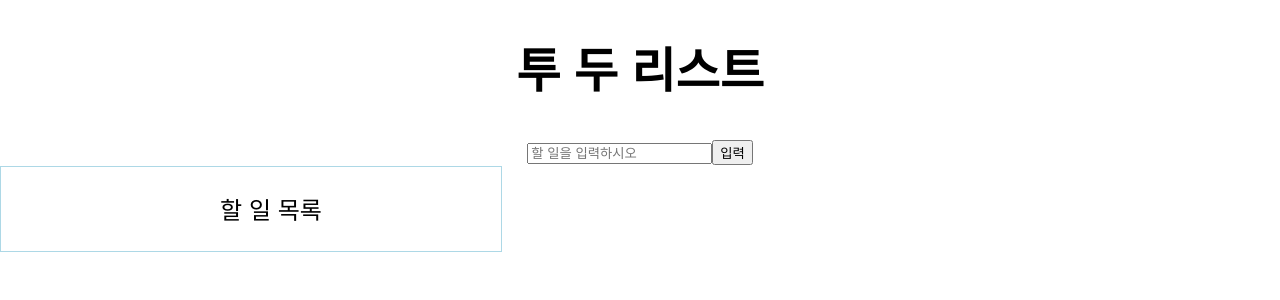
Repository: jun01270/Todo-List_React
Page: /
The author's editor kept a copy of each file at every save. The page is drawn from the files as they stood at one save, then again after the next save.
The browser window is 1280 px wide. The pictures show the whole page.
The project was rebuilt for these pictures with package versions that can differ from the ones it lists, and the page was loaded fresh each time.

Above is the page before, as saved 2023-01-02 18:02:06.

After the next save:
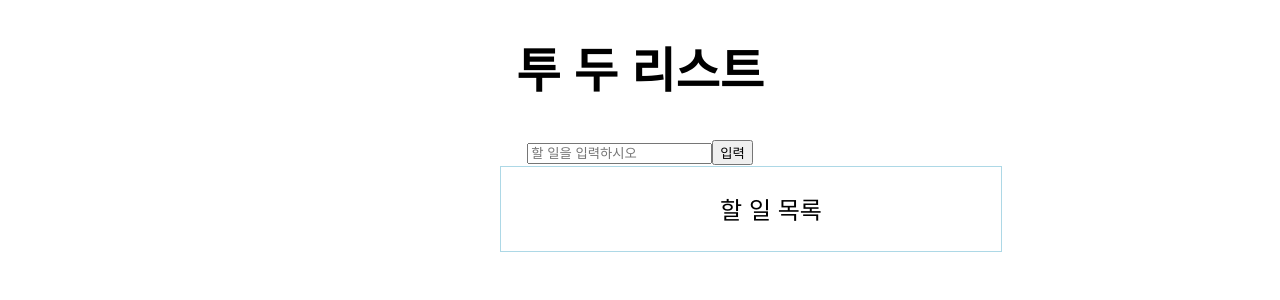
Saved 7 h 0 min later.
--- a/src/App.css
+++ b/src/App.css
@@ -8,6 +8,7 @@
 }
 
 .todo-items {
+  margin-left: 500px;
   width: 500px;
   border: 1px solid lightblue;
 }
